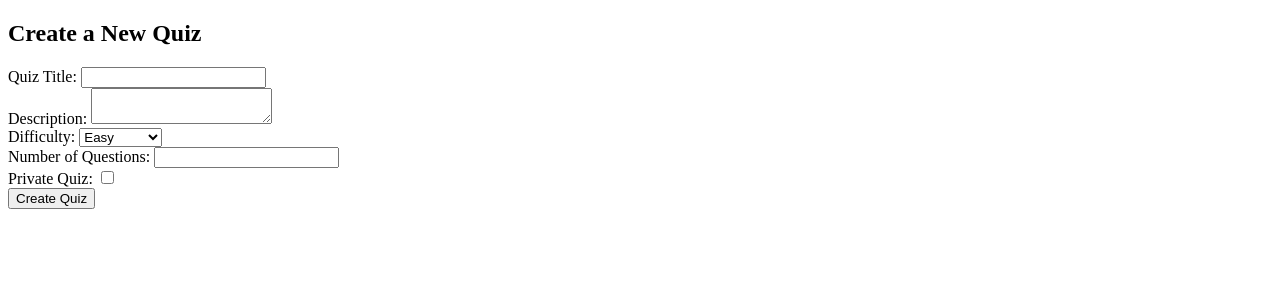
Repository: IlyessMou/Group
Page: http://localhost/quizzapp/WEB-INF/createQuiz.jsp
The author's editor kept a copy of each file at every save. The page is drawn from the files as they stood at one save, then again after the next save.
The browser window is 1280 px wide. The pictures show the whole page.
The page is served by Tomcat 10. Nobody is signed in. The template is opened directly, without the code that normally fills it, so the values that code supplies are empty.

Above is the page before, as saved 2024-12-01 03:27:30.

After the next save:
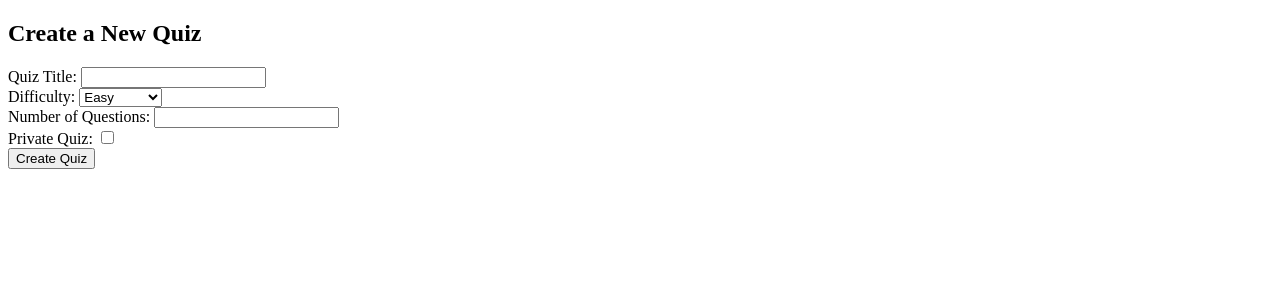
Saved 14 s later.
--- a/quizzapp/src/main/webapp/WEB-INF/createQuiz.jsp
+++ b/quizzapp/src/main/webapp/WEB-INF/createQuiz.jsp
@@ -13,10 +13,6 @@
         <div>
             <label>Quiz Title:</label>
             <input type="text" name="title" required />
-        </div>
-        <div>
-            <label>Description:</label>
-            <textarea name="description" required></textarea>
         </div>
         <div>
             <label>Difficulty:</label>
